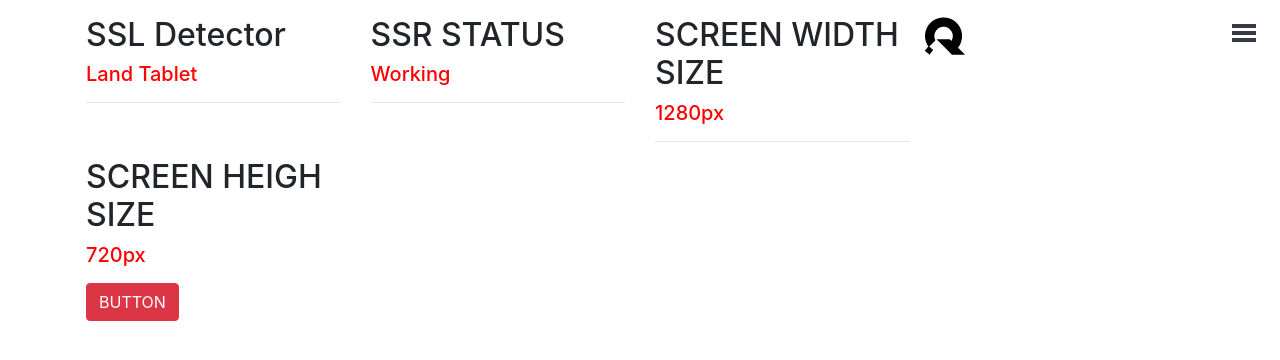
Repository: adrihle/screen-detector-nextpwa
Page: /
The author's editor kept a copy of each file at every save. The page is drawn from the files as they stood at one save, then again after the next save.
The browser window is 1280 px wide. The pictures show the whole page.
The project was rebuilt for these pictures with package versions that can differ from the ones it lists, and the page was loaded fresh each time. The framework's server and built-in components were replaced by stand-ins that run in the browser. Imported but missing from the stored project, and not drawn on this page: pages/_document.

Above is the page before, as saved 2020-12-30 18:33:36.

After the next save:
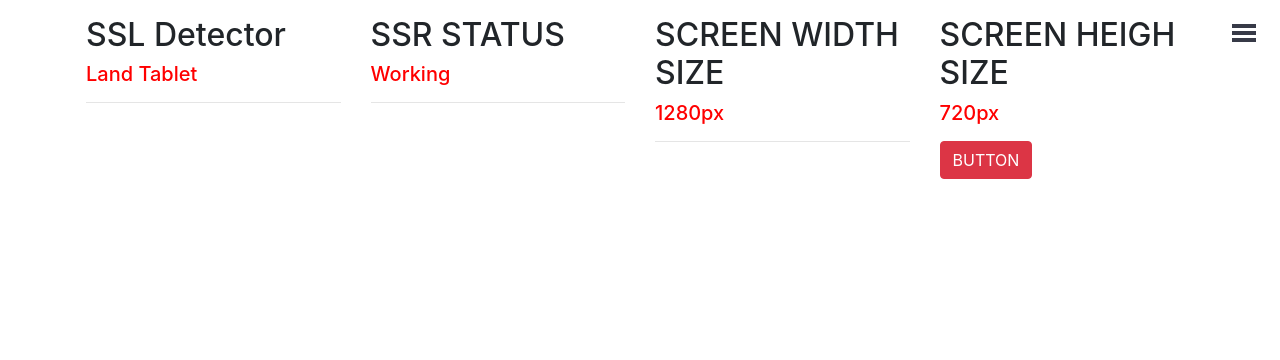
Saved 26 s later.
--- a/pages/index.js
+++ b/pages/index.js
@@ -25,7 +25,6 @@ const Index = ({ server, measures, screen }) => {
           <h5 style={{color:'red'}}>{width}</h5>
           <hr/>
         </div>
-        <Dotq width={40} height={40}/>
         <div className="col-sm-1 col-md-6 col-lg-3">
           {(measures && measures[0]>240) && (
             <>
